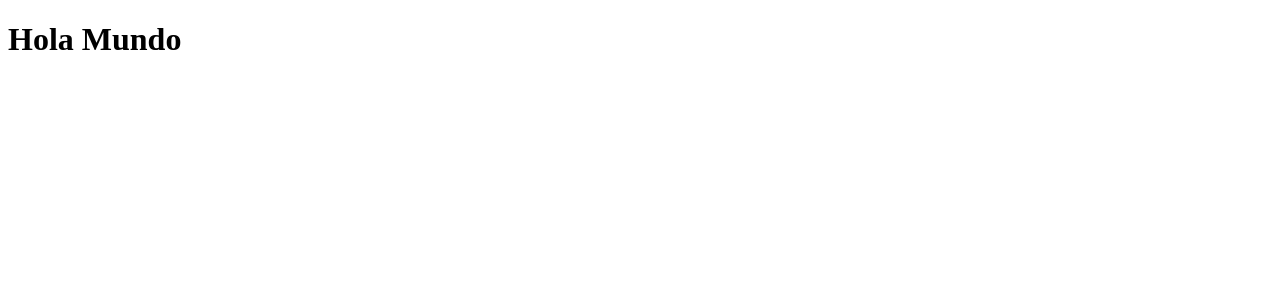
Repository: Carlos-Mar14/TereMac
Page: holamundo/src/main/webapp/inicio.html
These files come from the project's save history. The page is drawn as it stood at one moment and after the next save; the edit follows.
The browser window is 1280 px wide. The pictures show the whole page.
Some web fonts or font styles are not loaded; a fallback is used.

Above is the page before, as saved 2024-06-05 14:12:19.

### holamundo/src/main/webapp/inicio.html
<!DOCTYPE html>
<html>
<head>
<meta charset="UTF-8">

<style>
@import url('https://fonts.googleapis.com/css2?family=Dancing+Script:wght@400..700&display=swap');
</style>


<title>Bienvenidos</title>
</head>
<body>
	<h1>Hola Mundo</h1>

</body>
</html>

After the next save:
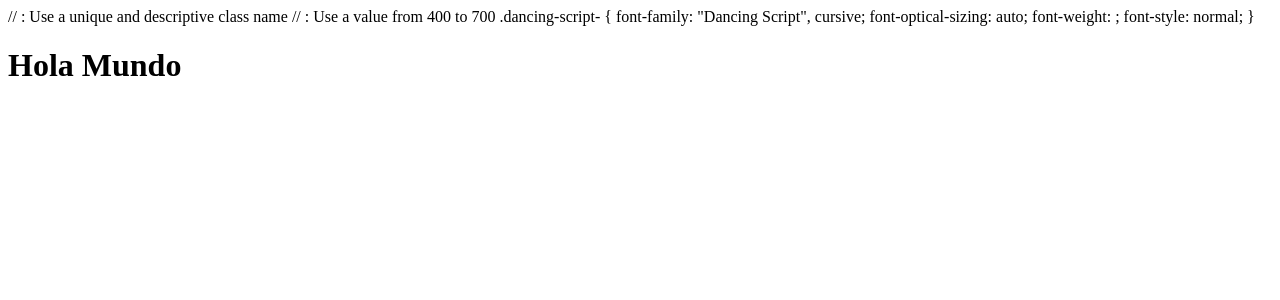
Saved 60 s later.
--- a/holamundo/src/main/webapp/inicio.html
+++ b/holamundo/src/main/webapp/inicio.html
@@ -2,11 +2,15 @@
 <html>
 <head>
 <meta charset="UTF-8">
+// <uniquifier>: Use a unique and descriptive class name
+// <weight>: Use a value from 400 to 700
 
-<style>
-@import url('https://fonts.googleapis.com/css2?family=Dancing+Script:wght@400..700&display=swap');
-</style>
-
+.dancing-script-<uniquifier> {
+  font-family: "Dancing Script", cursive;
+  font-optical-sizing: auto;
+  font-weight: <weight>;
+  font-style: normal;
+}
 
 <title>Bienvenidos</title>
 </head>
